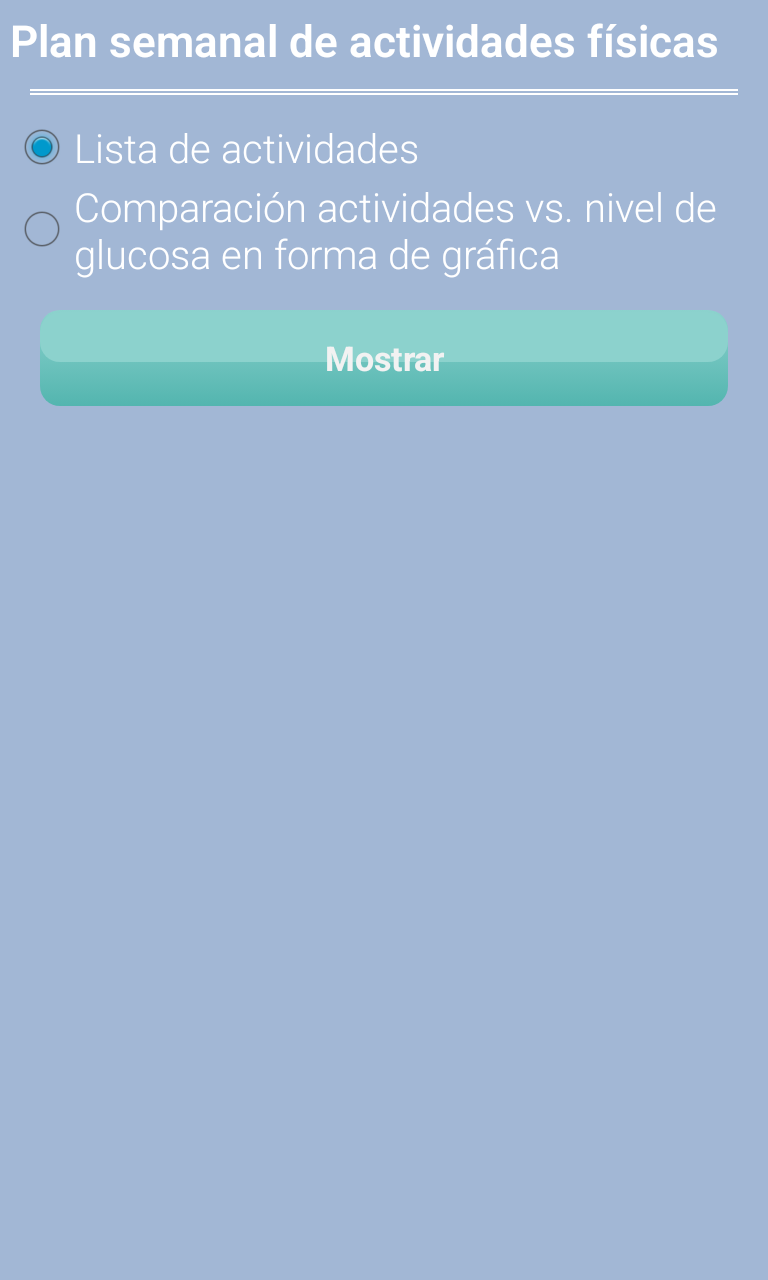
Repository: HectorGarciaMiguel/ssii-diabetes-060036
Layout: SeguimientoDiabetes/res/layout/activity_opciones_mostrar_actividades.xml
The author's editor kept a copy of each file at every save. The layout is drawn from the files as they stood at one save, then again after the next save.
It is drawn on a 768 x 1280 px phone screen (xhdpi) without system bars, with theme AppTheme; the app's code is not run.

Above is the layout before, as saved 2015-11-20 18:25:41.

After the next save:
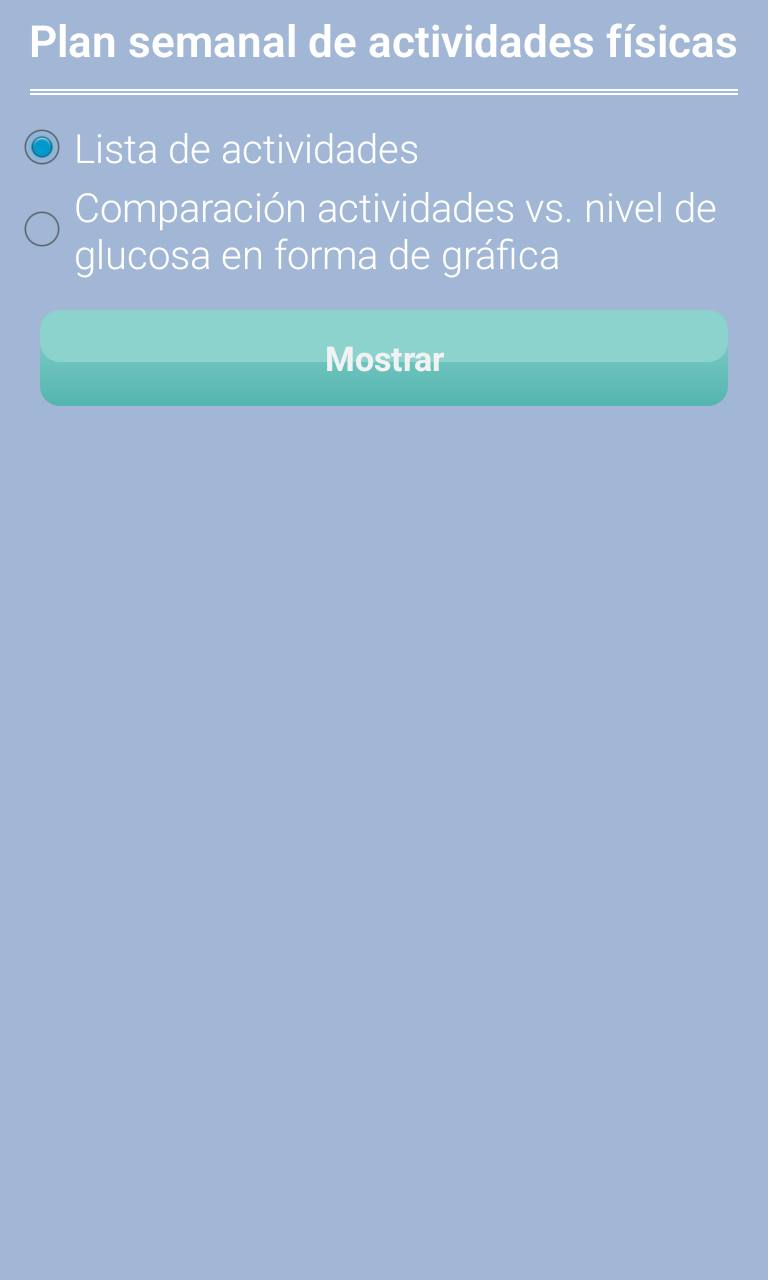
Saved 107 s later.
--- a/SeguimientoDiabetes/res/layout/activity_opciones_mostrar_actividades.xml
+++ b/SeguimientoDiabetes/res/layout/activity_opciones_mostrar_actividades.xml
@@ -12,17 +12,18 @@
     android:layout_margin="5dp" >
 
 		<LinearLayout
-    	android:layout_width="fill_parent"
-    	android:layout_height="wrap_content"
-    	android:orientation="horizontal">
-
+		    android:layout_width="fill_parent"
+		    android:layout_height="wrap_content"
+		    android:gravity="center_horizontal"
+		    android:orientation="horizontal" >
 
         <TextView
+            style="@style/RobotoStyleTextViewNegrita"
             android:layout_width="wrap_content"
             android:layout_height="wrap_content"
-        	android:gravity="center"
-            android:text="Plan semanal de actividades físicas"
-           	style="@style/RobotoStyleTextViewNegrita" />
+            android:layout_gravity="center_horizontal"
+            android:gravity="center"
+            android:text="Plan semanal de actividades físicas" />
 
     	</LinearLayout>
 
